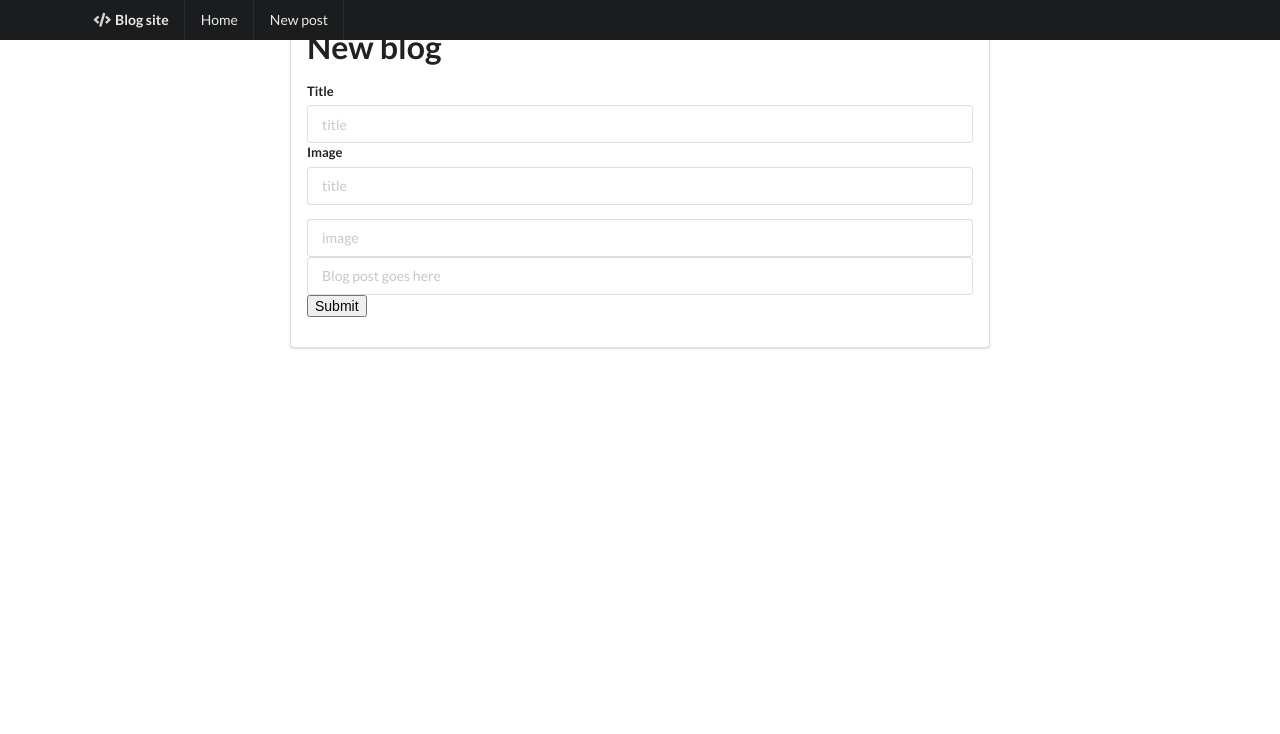
Repository: DevIvanVarela/the-web-developer-bootcamp
Page: http://localhost/blogs/new
The author's editor kept a record of every edit. The page is drawn from the files as they stood at one moment, then again after the next edit.
The browser window is 1280 px wide. The pictures show the whole page.
The page is served by the project's Node server (RESTfulRouting/RESTfulBlogApp/app.js).

Above is the page before.

### workspace/RESTfulRouting/RESTfulBlogApp/views/new.ejs
<% include ./partials/header %>
<div class="ui main text container segment">
    <div class="ui huge header">New blog</div>
    <form class="ui form" action="/blogs" method="POST">
        <div class="field">
            <label>Title</label>
            <input type="text" name="blog[title]" placeholder="title">
            <label>Image</label>
            <input type="text" name="blog[title]" placeholder="title">
        </div>

        <input type="text" name="blog[image]" placeholder="image">
        <input type="text" name="blog[body]" placeholder="Blog post goes here">
        <input type="submit">
    </form>
</div>
<% include ./partials/footer %>

### workspace/RESTfulRouting/RESTfulBlogApp/views/partials/header.ejs
<html>
    <head>
        <title>Blog app</title>
        <link rel="stylesheet" type="text/css" href="https://cdnjs.cloudflare.com/ajax/libs/semantic-ui/2.4.1/semantic.min.css">
        <link rel="stylesheet" type="text/css" src="/../public/stylesheets/app.css">
    </head>
    <body>
        <div class="ui fixed inverted menu">
            <div class="ui container">
                <div class="header item"><i class="code icon"></i>Blog site</div>
                <a href="/" class="item">Home</a>
                <a href="/blogs/new" class="item">New post</a>
            </div>
        </div>

### workspace/RESTfulRouting/RESTfulBlogApp/app.js
var express = require("express"),
    methodOverride = require("method-override"),
    app = express(),
    bodyParser = require("body-parser"),
    mongoose = require("mongoose");

mongoose.connect("mongodb://localhost/restful_blog_app", { useNewUrlParser: true });

app.use(bodyParser.urlencoded({extended: true}));
app.set("view engine", "ejs");
app.use(methodOverride("_method"));

var blogSchema = new mongoose.Schema({
   title: String,
   image: String,
   body: String,
   create: { type: Date, default: Date.now }
});
var Blog = mongoose.model("Blog", blogSchema);

app.get("/", function(req, res) {
    res.redirect("/blogs");
});

app.get("/blogs", function(req, res) {
    Blog.find({}, function(err, blogs){
        if(err) {
            console.log("ERROR!");
        } else {
            res.render("index", { blogs: blogs });
        }
    });
});

app.get("/blogs/new", function(req, res) {
    res.render("new");
});

app.post("/blogs", function(req, res) {
    Blog.create(req.body.blog, function(err, newBlog){
        if(err) {
            res.render("new");
        } else {
           res.redirect("/blogs");
        }
    });
});

app.get("/blogs/:id", function(req, res) {
    Blog.findById(req.params.id, function(err, blog) {
        if(err){
            res.redirect("/blogs");
            console.log(err);
        } else {
            res.render("show", {blog: blog});
        }
    });
});

app.get("/blogs/:id/edit", function(req, res){
    Blog.findById(req.params.id, function(err, blog){
        if(err){
            res.redirect("/blogs");
        } else {
            res.render("edit", {blog: blog});
        }
    })

});

app.put("/blogs/:id", function(req, res){
    Blog.findByIdAndUpdate(req.params.id, req.body.blog, function(err, blog){
       if(err) {
           res.redirect("/blogs");
       } else {
           res.redirect("/blogs/" + req.params.id);
       }
    });
});

app.delete("/blogs/:id", function(req, res){
    Blog.findByIdAndRemove(req.params.id, function(err){
       if(err) {
           console.log(err);
       }

       res.redirect("/blogs");
    });
});

app.listen(process.env.PORT, process.env.IP, function() {
   console.log("The RESTfulBlogApp is running.");
});

Loaded but not shown: workspace/RESTfulRouting/RESTfulBlogApp/views/partials/footer.ejs (common file)

After the next edit:
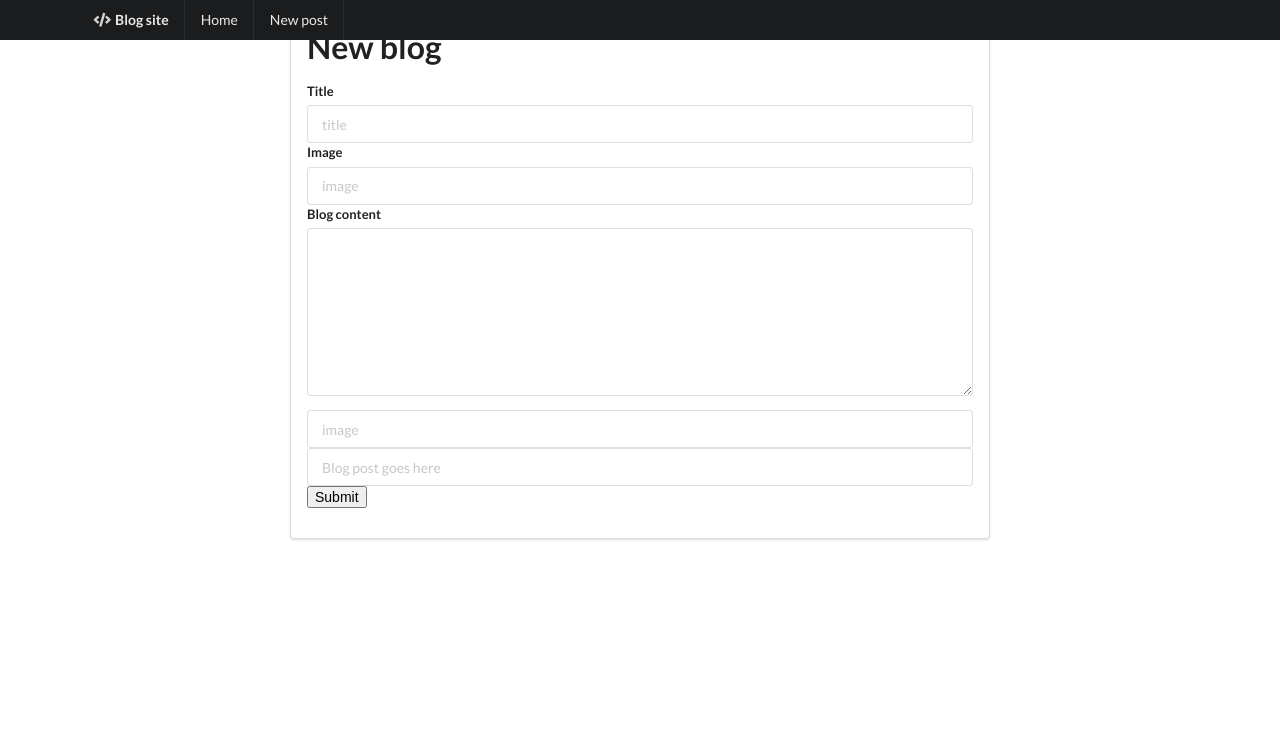
The edit:
--- a/workspace/RESTfulRouting/RESTfulBlogApp/views/new.ejs
+++ b/workspace/RESTfulRouting/RESTfulBlogApp/views/new.ejs
@@ -6,7 +6,9 @@
             <label>Title</label>
             <input type="text" name="blog[title]" placeholder="title">
             <label>Image</label>
-            <input type="text" name="blog[title]" placeholder="title">
+            <input type="text" name="blog[image]" placeholder="image">
+            <label>Blog content</label>
+            <textarea></textarea>
         </div>
 
         <input type="text" name="blog[image]" placeholder="image">
